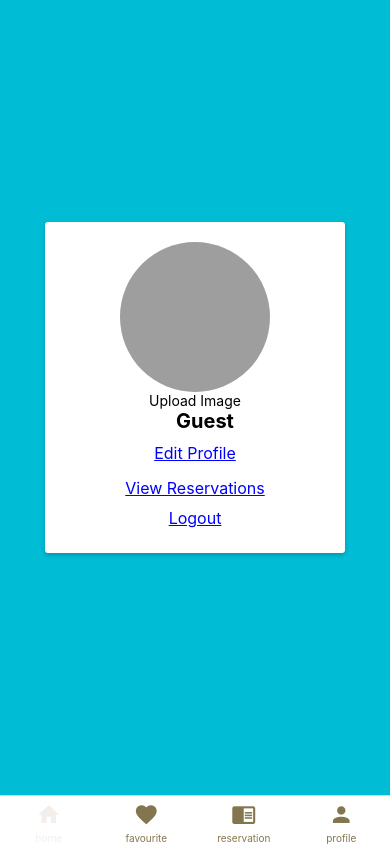
Repository: TemoshoS/restaurant-app
Screen: /profile
These files come from the project's save history. The screen is drawn as it stood at one moment and after the next save; the edit follows.
Pictures or frames that could not be fetched are drawn as grey boxes. The page's requests for data from a server got no answer. The app was drawn by React Native's web renderer in a window 390 px wide. The project was rebuilt for these pictures with package versions that can differ from the ones it lists, and the page was loaded fresh each time. No one was signed in, and anything a server would have sent is missing. Also part of the build but not shown: Screens/LoginScreen.js, Screens/RegisterScreen.js, components/navbar.js, components/search.js, Screens/RestaurantScreen.js, Screens/RestaurantDetailsScreen.js, Screens/MenuScreen.js, Screens/ReservationScreen.js and 5 more.

Above is the screen before, as saved 2023-12-27 14:48:34.

### App.js
// Import necessary components and modules
import React, { useEffect, useState } from 'react';
import { StyleSheet } from 'react-native';
import { NavigationContainer } from '@react-navigation/native';
import { createStackNavigator } from '@react-navigation/stack';
import { createBottomTabNavigator } from '@react-navigation/bottom-tabs';
import LoginScreen from './Screens/LoginScreen';
import HomeScreen from './Screens/HomeScreen';
import RegisterScreen from './Screens/RegisterScreen';
import RestaurantScreen from './Screens/RestaurantScreen';
import RestaurantDetailsScreen from './Screens/RestaurantDetailsScreen';
import MenuScreen from './Screens/MenuScreen';
import ReservationScreen from './Screens/ReservationScreen';
import PastReserevationScreen from './Screens/PastReserevationScreen';
import ProfileScreen from './Screens/ProfileScreen';
import store from './store/store';
import { Provider } from 'react-redux';
import MaterialCommunityIcons from 'react-native-vector-icons/MaterialCommunityIcons';
import FavoriteRestaurantScreen from './Screens/FavoriteRestaurantScreen';
import ForgotPasswordScreen from './Screens/ForgotPasswordScreen'
import Dashboard from './Screens/Dashboard';
import EditProfileScreen from './Screens/editProfileScreen';
import { auth } from './config/firebase';

const Stack = createStackNavigator();
const Tab = createBottomTabNavigator();

export default function App() {
  const [isAdmin, setIsAdmin] = useState(false);

  useEffect(() => {
    const checkAdminStatus = async () => {
      const user = auth.currentUser;
      const isAdminUser = user ? user.email === 'temosho@admin.co' : false;
      setIsAdmin(isAdminUser);
      console.log('isAdmin:', isAdminUser);
    };

    checkAdminStatus();
  }, []);

  function MainStack() {
    return (
      <Stack.Navigator initialRouteName='Welcome'>
        <Stack.Screen name="Restaurants" component={RestaurantScreen} options={{ headerShown: false }} />
        <Stack.Screen name='Welcome' component={HomeScreen} options={{ headerShown: false }} />
        <Stack.Screen name='editProfile' component={EditProfileScreen} options={{ headerShown: true }} />
        <Stack.Screen name='Login' component={LoginScreen} options={{ headerShown: false }} />
        <Stack.Screen name='Register' component={RegisterScreen} options={{ headerShown: false }} />
        <Stack.Screen name='Restaurant info' component={RestaurantDetailsScreen} options={{
          headerShown: true,
          headerStyle: {
            backgroundColor: '#83764F',
          },
          headerTitle: '',
          headerTitleStyle: {
            color: '#F3EEEA',
            fontWeight: 'bold',
            fontSize: 18,
          },
          headerTintColor: '#F3EEEA',
          headerBackTitleVisible: false,
          headerBackImage: () => (
            <MaterialCommunityIcons name="arrow-left" size={24} color="#F3EEEA" />
          ),
        }}  />
        <Stack.Screen name='Menu' component={MenuScreen} options={{
          headerShown: true,
          headerStyle: {
            backgroundColor: '#83764F',
          },
          headerTitle: '',
          headerTitleStyle: {
            color: '#F3EEEA',
            fontWeight: 'bold',
            fontSize: 18,
          },
          headerTintColor: '#F3EEEA',
          headerBackTitleVisible: false,
          headerBackImage: () => (
            <MaterialCommunityIcons name="arrow-left" size={24} color="#F3EEEA" />
          ),
        }} />
        {!isAdmin && (
          <Stack.Screen name='ReservationScreen' component={ReservationScreen} options={{
            headerShown: true,
            headerStyle: {
              backgroundColor: '#83764F',
            },
            headerTitle: '',
            headerTitleStyle: {
              color: '#F3EEEA',
              fontWeight: 'bold',
              fontSize: 18,
            },
            headerTintColor: '#F3EEEA',
            headerBackTitleVisible: false,
            headerBackImage: () => (
              <MaterialCommunityIcons name="arrow-left" size={24} color="#F3EEEA" />
            ),
          }}/>
        )}
        <Stack.Screen name='profile' component={ProfileScreen} options={{ headerShown: false }} />
        <Stack.Screen name='dashboard' component={Dashboard} options={{ headerShown: false }} />
        <Stack.Screen name='ForgotPasswordScreen' component={ForgotPasswordScreen} options={{ headerShown: false }} />
      </Stack.Navigator>
    );
  }

  function TabNavigator() {


    return (
      <Tab.Navigator
        tabBarOptions={{
          activeTintColor: '#F3EEEA',
          inactiveTintColor: '#83764F',
        }}
      >
        <Tab.Screen
          name="home"
          component={MainStack}
          options={{
            headerShown: false,
            tabBarIcon: ({ color, size }) => (
              <MaterialCommunityIcons name="home" color={color} size={size} />
            ),
          }}
        />
        {!isAdmin && (
          <Tab.Screen
            name="favourite"
            component={FavoriteRestaurantScreen}
            options={{
              headerShown: false,
              tabBarIcon: ({ color, size }) => (
                <MaterialCommunityIcons name="heart" color={color} size={size} />
              ),
            }}
          />
        )}
        {!isAdmin && (
          <Tab.Screen
            name="reservation"
            component={PastReserevationScreen}
            options={{
              headerShown: false,
              tabBarIcon: ({ color, size }) => (
                <MaterialCommunityIcons name="book-open" color={color} size={size} />
              ),
            }}
          />
        )}
        <Tab.Screen
          name="profile"
          component={ProfileScreen}
          options={{
            headerShown: false,
            tabBarIcon: ({ color, size }) => (
              <MaterialCommunityIcons name="account" color={color} size={size} />
            ),
          }}
        />
      </Tab.Navigator>
    );
  }

  return (
    <Provider store={store}>
      <NavigationContainer>
        <TabNavigator />
      </NavigationContainer>
    </Provider>
  );
}

const styles = StyleSheet.create({
  container: {
    flex: 1,
    backgroundColor: 'black',
    alignItems: 'center',
    justifyContent: 'center',
  },
});

### Screens/HomeScreen.js
import { StyleSheet, Text, View, Image, TouchableOpacity } from 'react-native'
import { useState, useEffect } from 'react';
import { FontAwesome } from '@expo/vector-icons';
import { getAuth, onAuthStateChanged } from 'firebase/auth';
import { useNavigation } from '@react-navigation/native';
import { auth } from '../config/firebase';

const HomeScreen = () => {
    const [user, setUser] = useState(null);
    const navigation = useNavigation();

    useEffect(() => {
        const auth = getAuth();


        const unsubscribe = onAuthStateChanged(auth, (authUser) => {
          if (authUser) {
            setUser(authUser);
          } else {
            setUser(null);
          }
        });

        return () => unsubscribe();
      }, []);




  return (
      <View style={styles.container}>

          <View >
              <FontAwesome style={styles.circle} name="circle" size={140} color="#D9D9D9" />
          </View>

          <Image
              source={require('../assets/cartoon-1299636_1920.png')}
              style={{ width: 200, height: 265.56 }}
          />


          <Text style={styles.welcomeTxt}>Welcome!</Text>
          <Text style={styles.dineTxt}>Dine with your friends</Text>


          <View>
              <TouchableOpacity
                  style={styles.getButton}
                  onPress={() => {
                      if (user) {
                          navigation.navigate('Restaurants')
                      } else {
                          navigation.navigate('Login')
                      }
                  }}
              >
                  <Text style={styles.getTxt}>Get started</Text>

              </TouchableOpacity>
          </View>

      </View>
  )
}

export default HomeScreen

const styles = StyleSheet.create({
    container:{
        flex:1,

        height: 932,
        justifyContent: 'center',
        alignItems:'center',
        backgroundColor: '#83764F',
    },
    circle:{
        marginLeft: 370,
        marginTop: -160,

    },
    welcomeTxt:{
        fontSize: 64,
        fontFamily: 'italiana',
        marginTop: 100,
        color: '#ccc',

    },
    dineTxt:{
        fontSize: 20,
        fontFamily: 'Nothing You Could Do',
        marginBottom: 150,
        color: '#ccc',

    },
    getButton:{
        alignItems: 'center',
        justifyContent: 'center',
        backgroundColor: '#ccc',
        width: 304,
        height: 78,
        borderRadius: 30
    },
    getTxt:{
        color: '#83764F',
        fontSize: 24,
        fontWeight:'bold'
    }
})

### Screens/ProfileScreen.js
import React, { useState, useEffect } from 'react';
import { View, Text, TouchableOpacity, StyleSheet, Image } from 'react-native';
import { getAuth, onAuthStateChanged, signOut } from 'firebase/auth';
import { useNavigation } from '@react-navigation/native';
import * as ImagePicker from 'expo-image-picker';
import { Entypo } from '@expo/vector-icons';



const ProfileScreen = () => {
  const [currentUser, setCurrentUser] = useState(null);
  const [loading, setLoading] = useState(false);
  const navigation = useNavigation();
  const auth = getAuth();
  const user = auth.currentUser;
  const userId = user ? user.uid : null;
  const isAdmin = user ? user.email === 'temosho@admin.co' : false;
  const [image, setImage] = useState(null);
  useEffect(() => {
    const unsubscribe = onAuthStateChanged(auth, (user) => {
      if (user) {
        setCurrentUser(user.displayName);
      } else {
        setCurrentUser(null);
      }
    });

    return () => unsubscribe();
  }, []);

  const onLogout = () => {
    setLoading(true);

    signOut(auth)
      .then(() => {
        setLoading(false);
        navigation.navigate('Welcome');
      })
      .catch((error) => {
        setLoading(false);
        console.error('Logout error:', error);
      });
  };

  const navigateToPastReservations = () => {
    navigation.navigate('reservation');
  };

  const navigateToEditProfile = () => {
    navigation.navigate('editProfile');
  }

  const adminOrders = () => {
    navigation.navigate('dashboard');
  };

  const pickImage = async () => {
    try {
      let result = await ImagePicker.launchImageLibraryAsync({
        mediaTypes: ImagePicker.MediaTypeOptions.Images,
        allowsEditing: true,
        aspect: [4, 3],
        quality: 1,
      });

      if (!result.cancelled) {
        setImage(result.uri);


        const contentType = "image/jpeg";

        const response = await fetch(result.uri);
        const blob = await response.blob();


        const imageRef = ref(storage, `restaurantImages/${newMenuItem.menuName}`);
        await uploadBytes(imageRef, blob, { contentType });
      }
    } catch (error) {
      console.error('Error picking image:', error);
    }
  };

  return (
    <View style={styles.container}>
      <View style={styles.card}>
      {image ? (
          <Image
            source={{ uri: image }}
            style={styles.profileImage}
          />
        ) : (
          <Image
          source={{ uri: 'https://bootdey.com/img/Content/avatar/avatar6.png' }}
            style={styles.profileImage}
          />
        )}
        <TouchableOpacity style={styles.modalButton} onPress={pickImage}>
              <Text style={styles.modalButtonText}>Upload Image</Text>
            </TouchableOpacity>
        <View style={styles.profileInfo}>
          <Text style={styles.profileName}>{currentUser ? currentUser : 'Guest'}</Text>
          {user && <Text style={styles.profileEmail}>Email: {user.email}</Text>}
        </View>

        <TouchableOpacity onPress={navigateToEditProfile}>
          <Text style={styles.editProfileButton}>Edit Profile</Text>
        </TouchableOpacity>

        {loading && <ActivityIndicator size="small" color="#0000ff" />}

        {isAdmin ? (
          <TouchableOpacity onPress={adminOrders}>
            <Text style={styles.logoutText}>Dashboard</Text>
          </TouchableOpacity>
        ) : (
          <TouchableOpacity onPress={navigateToPastReservations}>
            <Text style={styles.logoutText}>View Reservations</Text>
          </TouchableOpacity>
        )}
        <TouchableOpacity onPress={onLogout} disabled={loading}>
          <Text style={styles.logoutText}>Logout</Text>
        </TouchableOpacity>
      </View>
    </View>
  );
};

const styles = StyleSheet.create({
  container: {
    flex: 1,
    alignItems: 'center',
    justifyContent: 'center',
    backgroundColor: '#00bcd4',
  },
  card: {
    width: 300,
    padding: 20,
    borderRadius: 3,
    backgroundColor: 'white',
    shadowColor: 'black',
    shadowOffset: { width: 0, height: 2 },
    shadowOpacity: 0.2,
    shadowRadius: 4,
    elevation: 3,
    marginBottom: 20,
    alignItems: 'center',
    justifyContent: 'center',
  },
  profileImage: {
    width: 150,
    height: 150,
    borderRadius: 75,
  },
  profileInfo: {
    marginLeft: 20,
  },
  profileName: {
    fontSize: 20,
    fontWeight: 'bold',
  },
  profileEmail: {
    fontSize: 16,
  },
  profileBio: {
    fontSize: 14,
    color: '#5A5A5A',
    marginTop: 5,
  },
  editProfileButton: {
    color: 'blue',
    fontSize: 16,
    textDecorationLine: 'underline',
    marginVertical: 10,
  },
  badgesCard: {
    flexDirection: 'row',
    padding: 10,
    borderRadius: 3,
    backgroundColor: '#00bcd4',
    color: '#fff',
    width: 280,
    shadowColor: 'black',
    shadowOffset: { width: 0, height: 2 },
    shadowOpacity: 0.2,
    shadowRadius: 4,
    elevation: 3,
    position: 'absolute',
    bottom: 10,
  },
  badgeIcon: {
    fontSize: 16,
    margin: 0,
    opacity: 0.6,
    marginRight: 6,
  },
  logoutText: {
    color: 'blue',
    fontSize: 16,
    textDecorationLine: 'underline',
    marginVertical: 5,
  },
});

export default ProfileScreen;

### store/store.js
import { createStore, applyMiddleware, combineReducers } from 'redux';
import thunk from 'redux-thunk';
import restaurantsReducer from '../reducers/restaurantsReducer';
import reserveReducer from '../reducers/reserveReducer';
import authReducer from '../reducers/authReducer';
import favoriteRestaurantsReducer from '../reducers/favoriteRestaurantsReducer';


const rootReducer = combineReducers({
  restaurants: restaurantsReducer,
  reservation: reserveReducer,
  auth: authReducer,
  favoriteRestaurants: favoriteRestaurantsReducer,

});

const store = createStore(rootReducer, applyMiddleware(thunk));

export default store;

### config/firebase.js
// Import the functions you need from the SDKs you need
import { initializeApp } from "firebase/app";
import { getAnalytics } from "firebase/analytics";

import {getAuth} from 'firebase/auth';
import {getFirestore} from 'firebase/firestore'
// TODO: Add SDKs for Firebase products that you want to use
// https://firebase.google.com/docs/web/setup#available-libraries

// Your web app's Firebase configuration
// For Firebase JS SDK v7.20.0 and later, measurementId is optional
const firebaseConfig = {
  apiKey: "AIzaSyDa4_cUmrR60k82VypxJ_US-F7FEiItCL4",
  authDomain: "restaurant-app-da7bc.firebaseapp.com",
  projectId: "restaurant-app-da7bc",
  storageBucket: "restaurant-app-da7bc.appspot.com",
  messagingSenderId: "598136487640",
  appId: "1:598136487640:web:f77577fdc1710db8c1a1ad",
  measurementId: "G-6D4DHL06Z0"
};

// Initialize Firebase
const app = initializeApp(firebaseConfig);
const analytics = getAnalytics(app);

const auth = getAuth(app)
const db = getFirestore(app)
export {auth, db}

### actions/authActions.js
import { sendPasswordResetEmail } from 'firebase/auth';
import { auth } from '../config/firebase';
import { getAuth, onAuthStateChanged, signOut } from 'firebase/auth';
export const LOGIN_SUCCESS = 'LOGIN_SUCCESS';
export const REGISTER_SUCCESS = 'REGISTER_SUCCESS';
export const FORGOT_PASSWORD_REQUEST = 'FORGOT_PASSWORD_REQUEST';
export const FORGOT_PASSWORD_SUCCESS = 'FORGOT_PASSWORD_SUCCESS';
export const FORGOT_PASSWORD_FAILURE = 'FORGOT_PASSWORD_FAILURE';
export const LOGOUT = 'LOGOUT';

export const loginSuccess = (user) => ({
  type: LOGIN_SUCCESS,
  payload: user,
});

export const registerSuccess = (user) => ({
  type: REGISTER_SUCCESS,
  payload: user,
});

export const forgotPasswordRequest = () => ({
  type: FORGOT_PASSWORD_REQUEST,
});

export const forgotPasswordSuccess = () => ({
  type: FORGOT_PASSWORD_SUCCESS,
});

export const forgotPasswordFailure = (error) => ({
  type: FORGOT_PASSWORD_FAILURE,
  payload: error,
});

export const forgotPassword = (email) => {
  return async (dispatch) => {
    dispatch(forgotPasswordRequest());

    try {
      await sendPasswordResetEmail(auth, email);
      dispatch(forgotPasswordSuccess());
    } catch (error) {
      dispatch(forgotPasswordFailure(error));
    }
  };
};

export const logout = () => ({
  type: LOGOUT,
});

### actions/restaurant.js
import { db } from "../config/firebase";
import { collection ,getDocs} from "firebase/firestore";

export const FETCH_RESTAURANTS = 'FETCH_RESTAURANTS';

export const fetchRestaurants = () => {
  return async (dispatch) => {
    const restaurantsCollection = collection(db, 'restaurants');
    const snapshot = await getDocs(restaurantsCollection);
    const restaurants = [];
    snapshot.forEach((doc) => {
      restaurants.push(doc.data());
    });
    dispatch({ type: FETCH_RESTAURANTS, payload: restaurants });
  };
};

### actions/reserveAction.js
import { db } from "../config/firebase";
import { collection, addDoc, getDocs, query, where } from "firebase/firestore";

export const RESERVE_SUCCESS = "RESERVE_SUCCESS";
export const RESERVE_FAILURE = "RESERVE_FAILURE";
export const FETCH_ALL_RESERVATIONS = 'FETCH_ALL_RESERVATIONS';
export const FETCH_PAST_RESERVATIONS = 'ETCH_PAST_RESERVATIONS';


export const reserveTable = (reservationData) => {
  return async (dispatch) => {
    try {
      // Save the reservation data to Firestore
      const ordersCollection = collection(db, "Orders");
      const docRef = await addDoc(ordersCollection, reservationData);


      dispatch({ type: RESERVE_SUCCESS, payload: docRef });
    } catch (error) {

      dispatch({ type: RESERVE_FAILURE, payload: error.message });
    }
  };
};

export const fetchPastReservations = (userId) => {
  return async (dispatch) => {
    try {

      //query to fetch reservations based on the userId
      const reservationsCollection = collection(db, 'Orders');
      const userQuery = query(reservationsCollection, where('userId', '==', userId));

      const snapshot = await getDocs(userQuery);

      const pastReservations = [];
      snapshot.forEach((doc) => {
        pastReservations.push(doc.data());
      });


      dispatch({ type: FETCH_PAST_RESERVATIONS, payload: pastReservations });
    } catch (error) {
      // Handle errors
      console.error('Error fetching past reservations:', error);
    }
  };
}


export const fetchAllReservations = () => {
  return async (dispatch) => {
    try {
      // Query to fetch all reservations
      const reservationsCollection = collection(db, 'Orders');
      const snapshot = await getDocs(reservationsCollection);
      const allReservations = [];

      snapshot.forEach((doc) => {
        allReservations.push(doc.data());
      });

      dispatch({ type: FETCH_ALL_RESERVATIONS, payload: allReservations });
    } catch (error) {
      console.error('Error fetching all reservations:', error);
    }
  };
};

### reducers/restaurantsReducer.js
import { FETCH_RESTAURANTS } from "../actions/restaurant";


const initialState = {
    restaurants: [],
};

const restaurantsReducer = (state = initialState, action) =>{

    switch (action.type) {
        case FETCH_RESTAURANTS:
          return { ...state, restaurants: action.payload };
        default:
          return state;
      }


};

export default restaurantsReducer;

### reducers/reserveReducer.js
import { RESERVE_SUCCESS, RESERVE_FAILURE, FETCH_PAST_RESERVATIONS,FETCH_ALL_RESERVATIONS } from "../actions/reserveAction";

const initialState = {
  reservationSuccess: null,
  reservationError: null,
  pastReservations: [],
  allReservations: [],
  loading: false,
};

const reserveReducer = (state = initialState, action) => {
  switch (action.type) {
    case RESERVE_SUCCESS:
      return { ...state, reservationSuccess: action.payload, reservationError: null };
    case RESERVE_FAILURE:
      return { ...state, reservationSuccess: null, reservationError: action.payload };
    case FETCH_PAST_RESERVATIONS:
      return { ...state, pastReservations: action.payload };
      case FETCH_ALL_RESERVATIONS:
        return { ...state, allReservations: action.payload, loading: false };
    default:
      return state;
  }
};

export default reserveReducer;

### reducers/authReducer.js
import {
  LOGIN_SUCCESS,
  REGISTER_SUCCESS,
  LOGOUT ,
  FORGOT_PASSWORD_REQUEST,
  FORGOT_PASSWORD_SUCCESS,
  FORGOT_PASSWORD_FAILURE,} from '../actions/authActions';

const initialState = {
  user: null,
  isAuthenticated: false,
  forgotPasswordLoading: false,
  forgotPasswordSuccess: false,
  forgotPasswordError: null,

};

const authReducer = (state = initialState, action) => {
  switch (action.type) {
    case LOGIN_SUCCESS:
    case REGISTER_SUCCESS:
      return {
        ...state,
        user: action.payload,
        isAuthenticated: true,
      };
      case FORGOT_PASSWORD_REQUEST:
        return {
          ...state,
          forgotPasswordLoading: true,
          forgotPasswordSuccess: false,
          forgotPasswordError: null,
        };
      case FORGOT_PASSWORD_SUCCESS:
        return {
          ...state,
          forgotPasswordLoading: false,
          forgotPasswordSuccess: true,
          forgotPasswordError: null,
        };
      case FORGOT_PASSWORD_FAILURE:
      return {
        ...state,
        forgotPasswordLoading: false,
        forgotPasswordSuccess: false,
        forgotPasswordError: action.payload,
      };
    case LOGOUT:
      return {
        ...state,
        user: null,
        isAuthenticated: false,
      };
    default:
      return state;
  }
};

export default authReducer;

### reducers/favoriteRestaurantsReducer.js
import { FETCH_FAV_RESTAURANTS } from "../actions/favoriteRestaurantActions";


const initialState = {
    favRestaurants: [],
};

const favRestaurantsReducer = (state = initialState, action) =>{

    switch (action.type) {
        case FETCH_FAV_RESTAURANTS:
          return { ...state, favRestaurants: action.payload };
        default:
          return state;
      }


};

export default favRestaurantsReducer;

### actions/favoriteRestaurantActions.js
import { db } from "../config/firebase";
import { collection ,getDocs} from "firebase/firestore";

export const FETCH_FAV_RESTAURANTS = 'FETCH_FAV_RESTAURANTS';

export const fetchFavouriteRestaurants = () => {
  return async (dispatch) => {
    const restaurantsCollection = collection(db, 'favouriteRestaurants');
    const snapshot = await getDocs(restaurantsCollection);
    const favRestaurants = [];
    snapshot.forEach((doc) => {
      favRestaurants.push(doc.data());
    });
    dispatch({ type: FETCH_FAV_RESTAURANTS, payload: favRestaurants });
  };
};

After the next save:
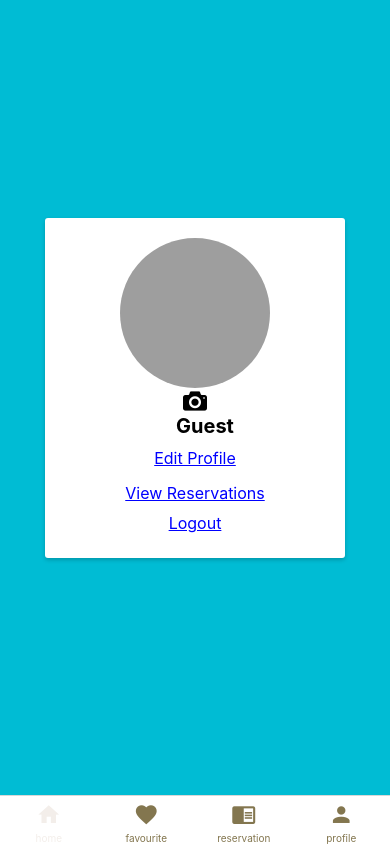
Saved 6 s later.
--- a/Screens/ProfileScreen.js
+++ b/Screens/ProfileScreen.js
@@ -96,7 +96,7 @@ const ProfileScreen = () => {
           />
         )}
         <TouchableOpacity style={styles.modalButton} onPress={pickImage}>
-              <Text style={styles.modalButtonText}>Upload Image</Text>
+        <Entypo name="camera" size={24} color="black" />
             </TouchableOpacity>
         <View style={styles.profileInfo}>
           <Text style={styles.profileName}>{currentUser ? currentUser : 'Guest'}</Text>
